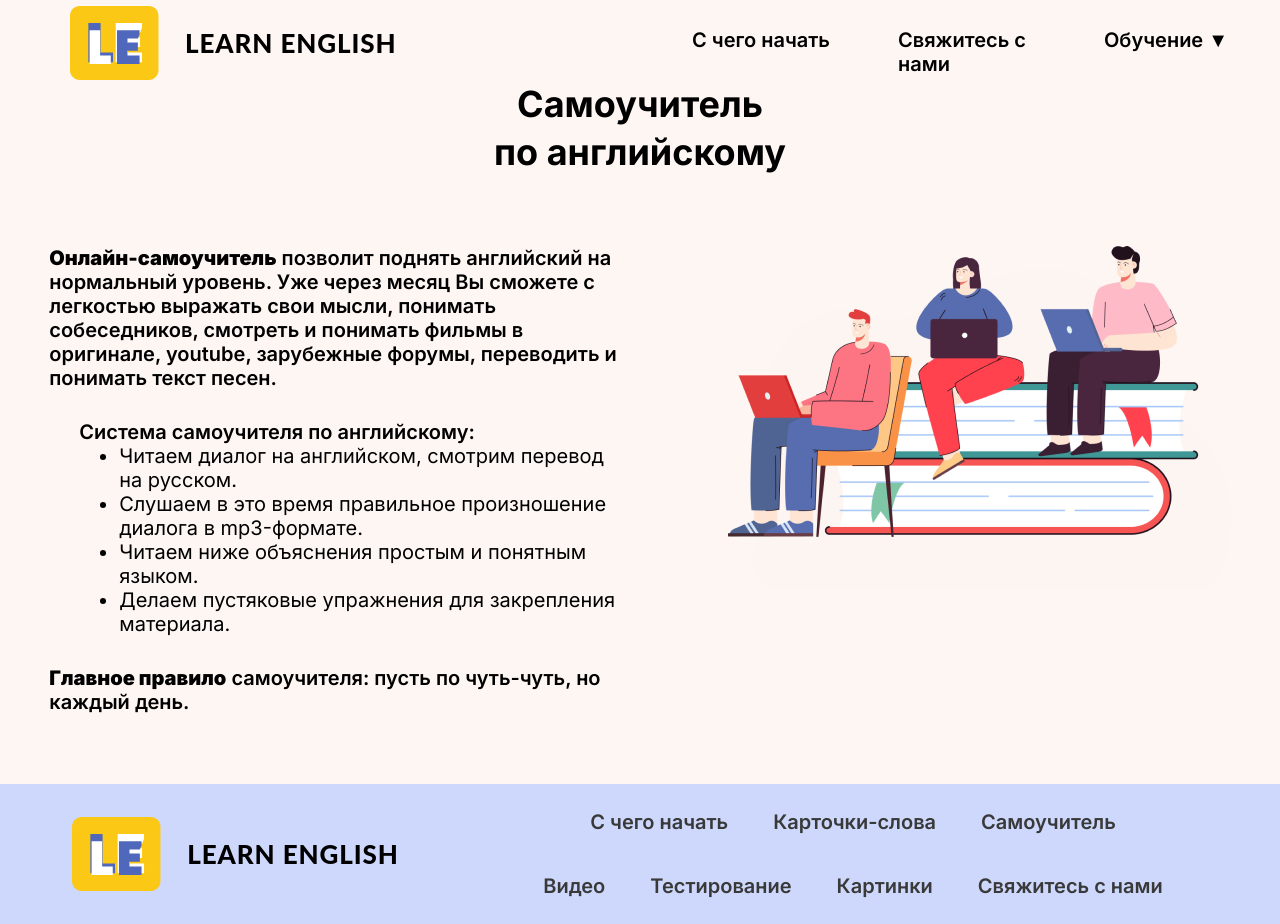
Repository: WladimirVA/Diplom
Page: scool/lesson.html
An editor plug-in stored every save of this project. The page is shown before and after the next save, followed by the edit.
The browser window is 1280 px wide. The pictures show the whole page.

Above is the page before, as saved 2023-07-19 16:28:41.

After the next save:
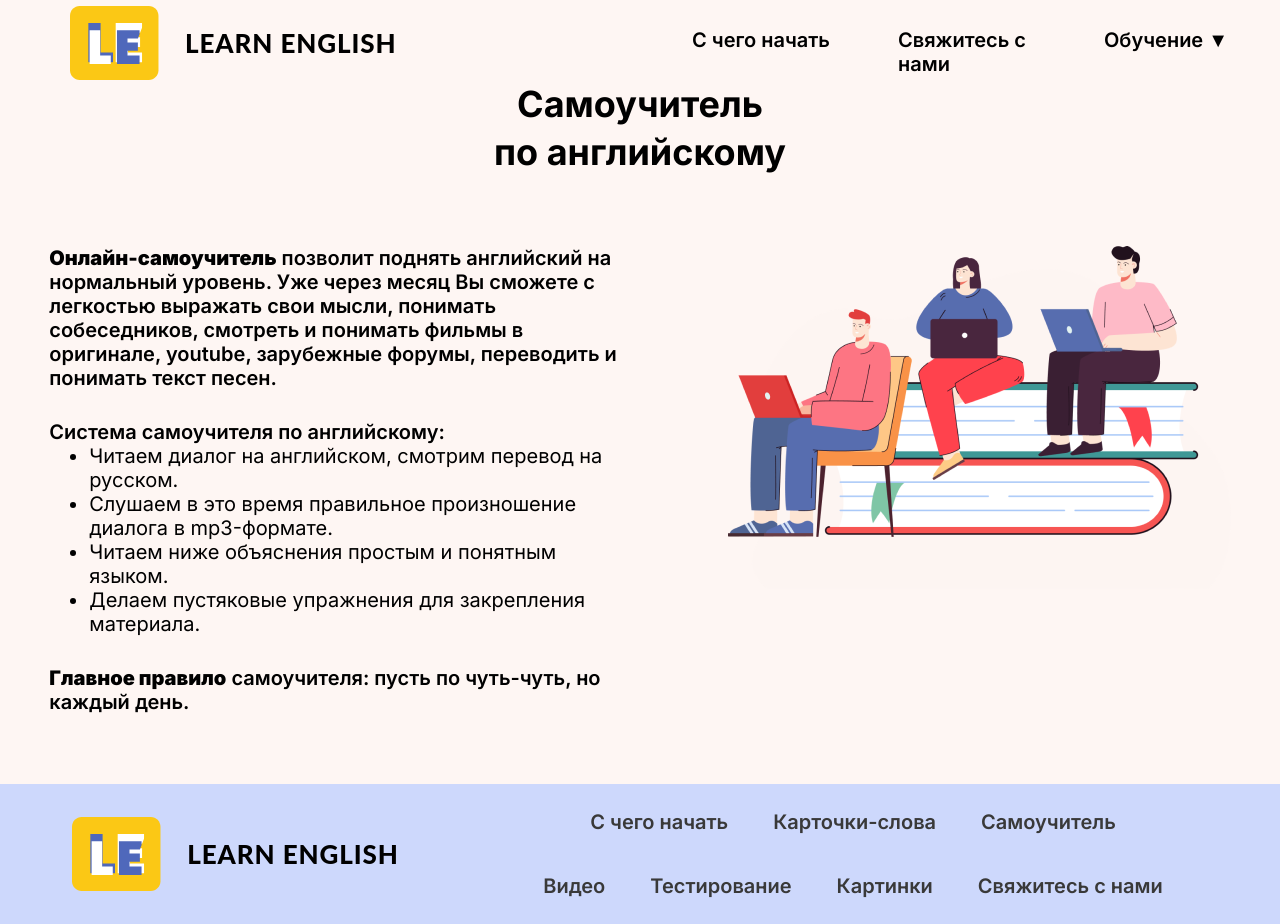
Saved 11 s later.
--- a/scool/css/lesson.css
+++ b/scool/css/lesson.css
@@ -44,5 +44,5 @@
 }
 
 .tutorial-inf ul {
-    padding: 30px 0 30px 30px;
+    padding: 30px 0 30px 0px;
 }
